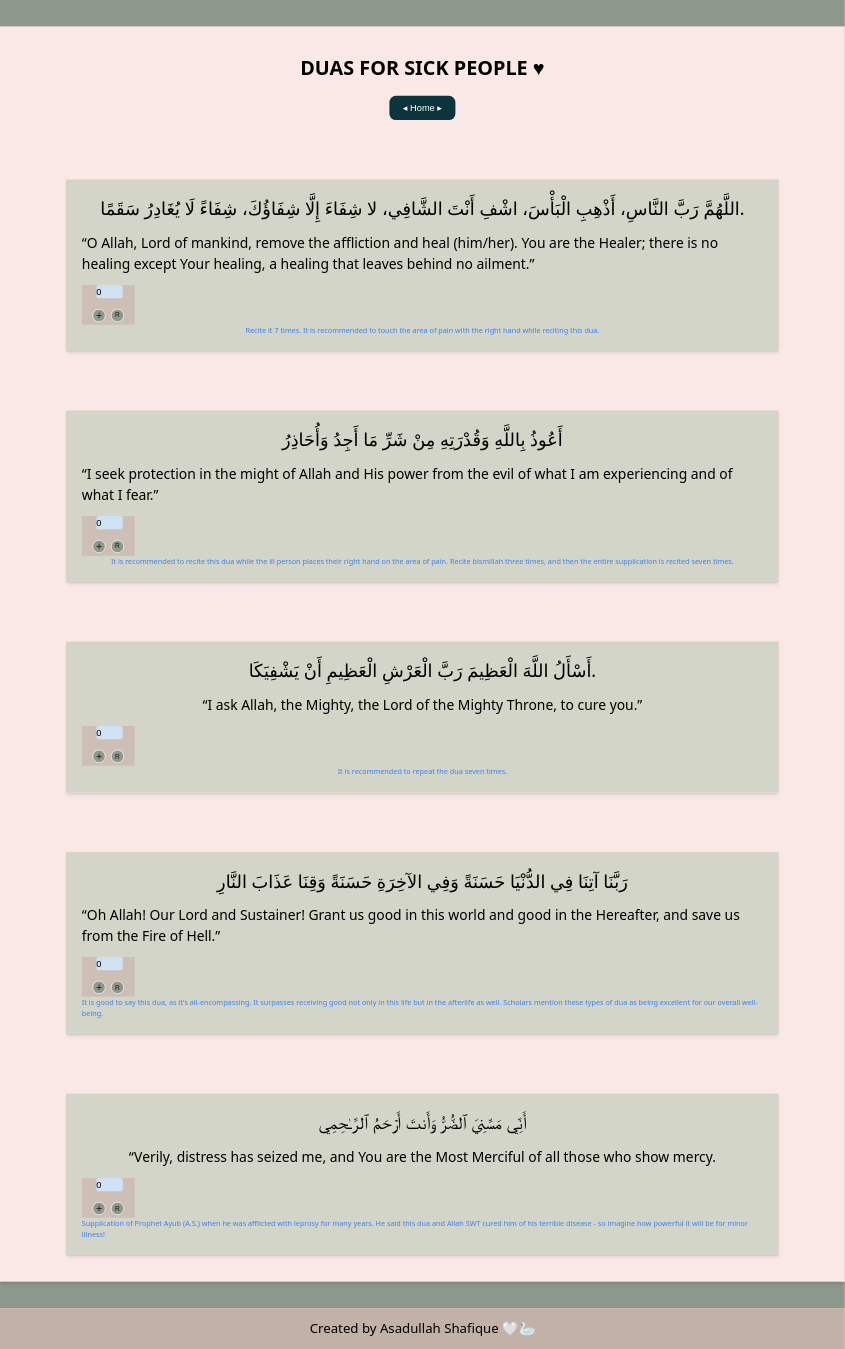
Repository: asadullah48/Duas_Diary
Page: /sick
An editor plug-in stored every save of this project. The page is shown before and after a run of saves, followed by the edit.
The browser window is 1280 px wide. The pictures show the whole page, at 66% of full size.
The project was rebuilt for these pictures with package versions that can differ from the ones it lists, and the page was loaded fresh each time. The framework's server and built-in components were replaced by stand-ins that run in the browser. Also part of the build but not shown: next.config.ts.

Above is the page before, as saved 2024-11-30 10:15:43.

After the next 2 saves:
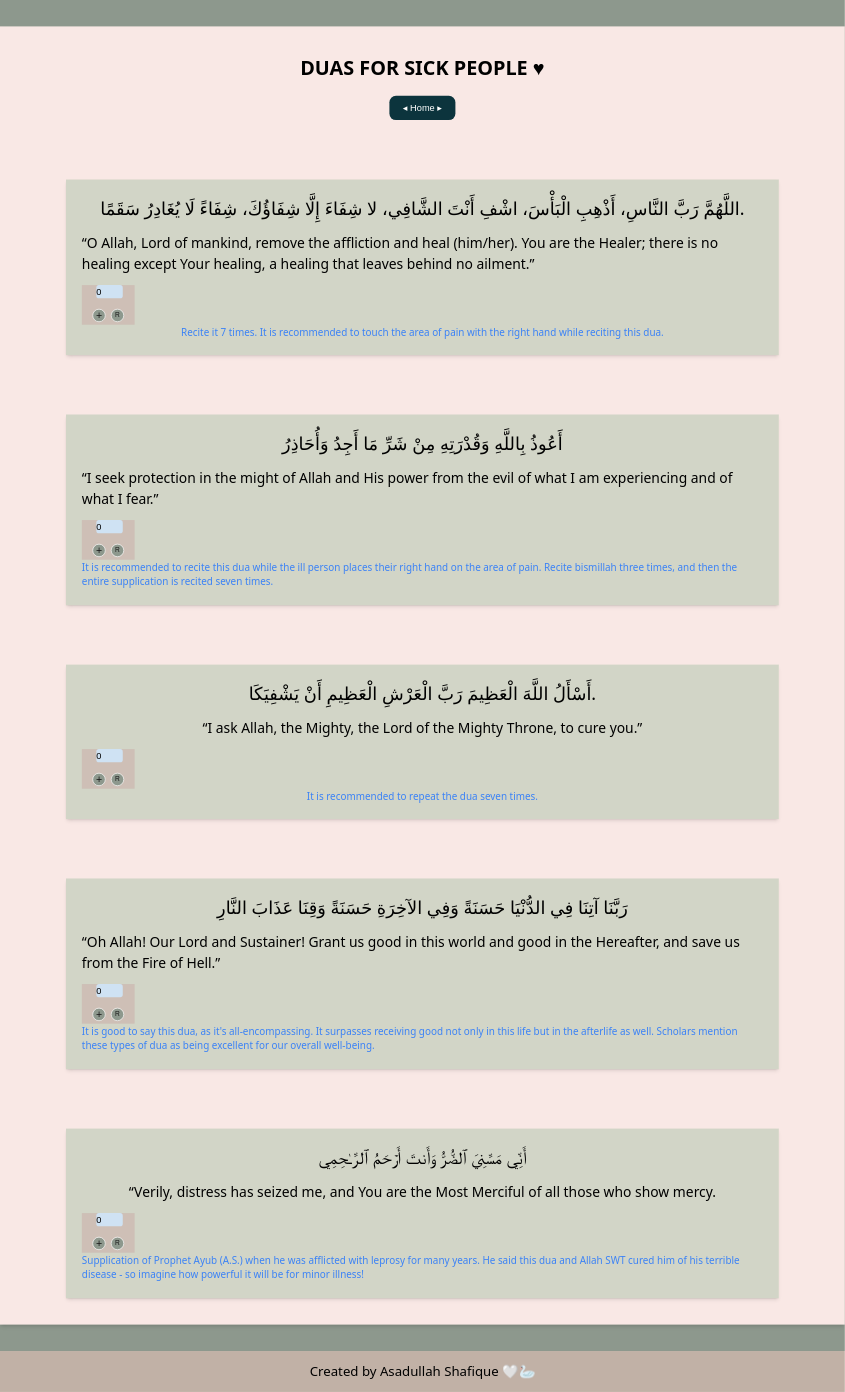
The 2 saves are shown as one change because they came seconds apart.
The last was saved 14 s later.
--- a/src/components/props.tsx
+++ b/src/components/props.tsx
@@ -22,7 +22,7 @@ export default function LightPinkSection({
         {paragraph2}
       </p>
       <div>{buttonText}</div>
-      <p className="text-blue-500 text-[11px] font-sans flex justify-center">
+      <p className="text-blue-500 text-[15px] font-sans flex justify-center">
         {note}
       </p>
     </div>
